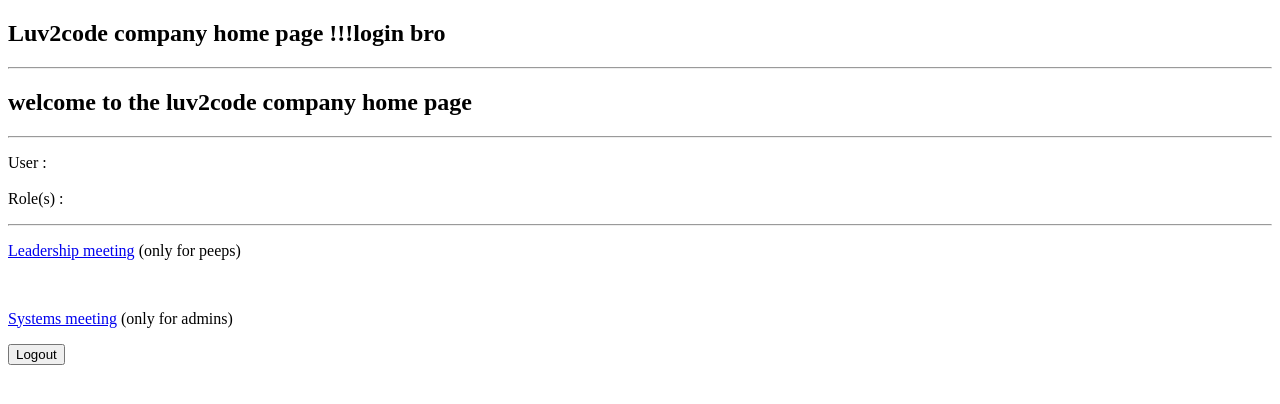
Repository: lalitkoli11121998/SpringProject
Page: http://localhost/spring-security-demo03-custom-login-form/WEB-INF/view/home.jsp
An editor plug-in stored every save of this project. The page is shown before and after the next save, followed by the edit.
The browser window is 1280 px wide. The pictures show the whole page.
The page is served by Tomcat 9. Nobody is signed in. The template is opened directly, without the code that normally fills it, so the values that code supplies are empty.

Above is the page before, as saved 2021-05-20 21:48:39.

After the next save:
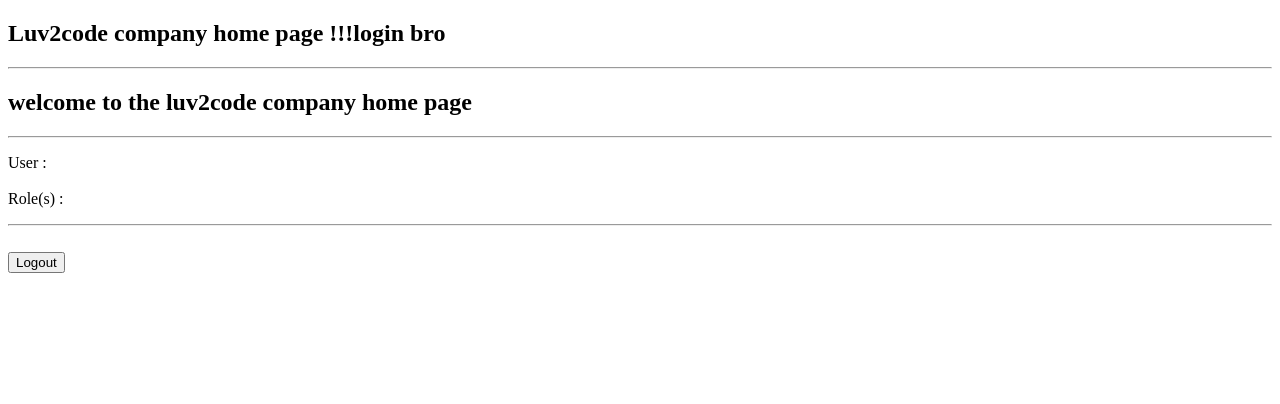
Saved 6 min 33 s later.
--- a/spring-security-demo03-custom-login-form/src/main/webapp/WEB-INF/view/home.jsp
+++ b/spring-security-demo03-custom-login-form/src/main/webapp/WEB-INF/view/home.jsp
@@ -22,15 +22,23 @@
     <hr>
 
     <!-- add a link to point to /leaders.....this is for manager -->
-    <p>
+    <security:authorize access = "hasRole('MANAGER')">
+      <p>
        <a href ="${pageContext.request.contextPath}/leaders">Leadership meeting</a>
        (only for peeps)
-    </p>
+      </p>
+    </security:authorize>
+
+
     <br>
+
+
+     <security:authorize access = "hasRole('ADMINS')">
      <p>
        <a href ="${pageContext.request.contextPath}/admins">Systems meeting</a>
        (only for admins)
     </p>
+    </security:authorize>
     <form:form action = "${pageContext.request.contextPath}/logout" method ="POST">
 
           <input type = "submit" value = "Logout">
